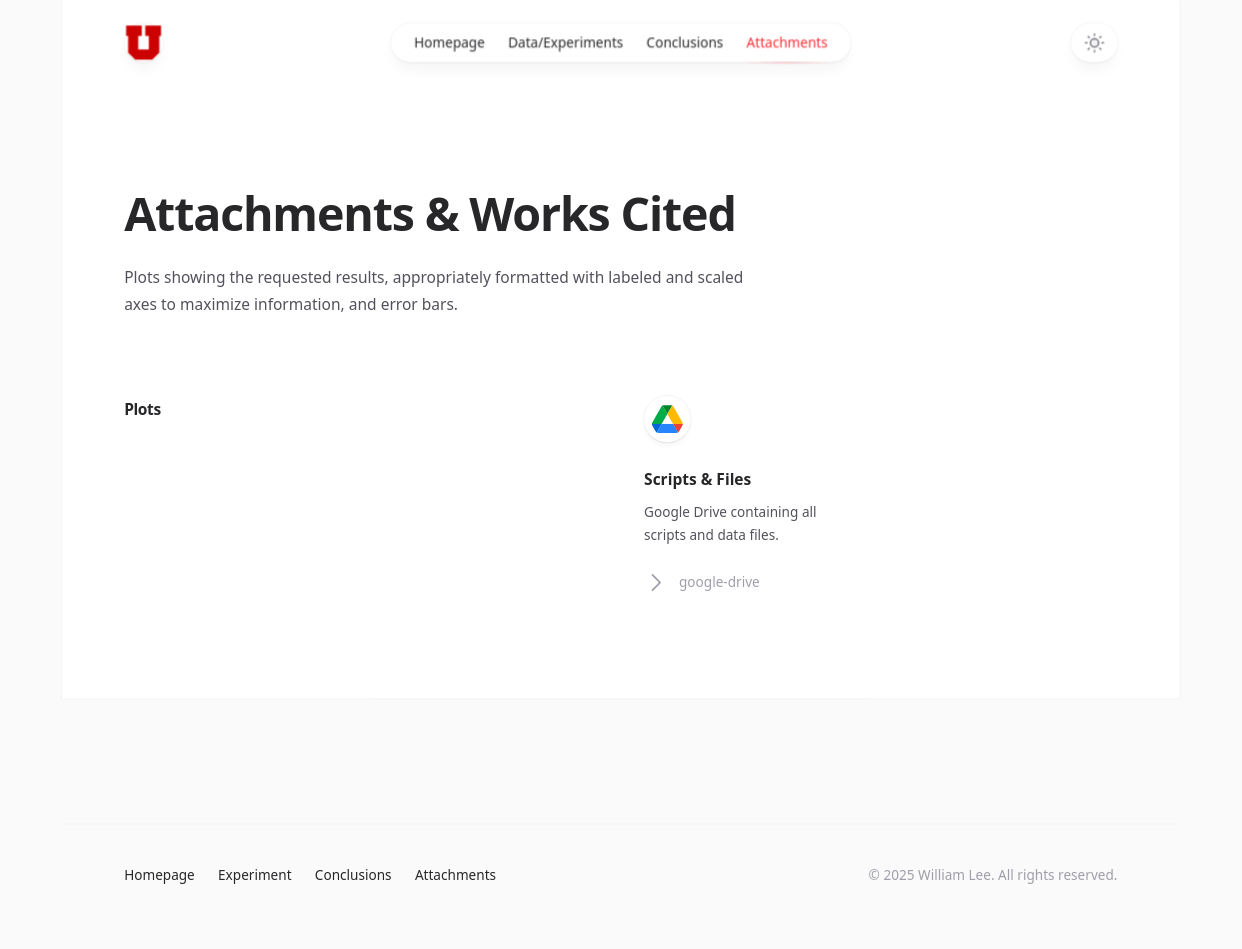
Repository: willwlee/chen3701
Page: /contact
The author's editor kept a copy of each file at every save. The page is drawn from the files as they stood at one save, then again after the next save.
The browser window is 1280 px wide. The pictures show the whole page, at 97% of full size.
The page's requests for data from a server got no answer. The project was rebuilt for these pictures with package versions that can differ from the ones it lists, and the page was loaded fresh each time. The framework's server and built-in components were replaced by stand-ins that run in the browser. No one was signed in, and anything a server would have sent is missing. Also part of the build but not shown: next.config.mjs.

Above is the page before, as saved 2025-08-25 02:44:15.

### src/app/layout.tsx
import { type Metadata } from 'next'

import { Providers } from '@/app/providers'
import { Layout } from '@/components/Layout'

import '@/styles/tailwind.css'

export const metadata: Metadata = {
  title: {
    template: '%s - CH EN 3701',
    default:
      'Mon-8 CH EN 3701',
  },
  description:
    'I’m Sathya Tadinada, a software developer and college student based in Salt Lake City. I’m excited to grow my skills in the tech field and make a positive impact through my work.',
  alternates: {
    types: {
      'application/rss+xml': `${process.env.NEXT_PUBLIC_SITE_URL}/feed.xml`,
    },
  },
}

export default function RootLayout({
  children,
}: {
  children: React.ReactNode
}) {
  return (
    <html lang="en" className="h-full antialiased" suppressHydrationWarning>
      <meta name='theme-color'></meta>
      <body className="flex h-full bg-zinc-50 dark:bg-black">
        <Providers>
          <div className="flex w-full">
            <Layout>{children}</Layout>
          </div>
        </Providers>
      </body>
    </html>
  )
}

### src/app/contact/page.tsx
import { type Metadata } from 'next'
import Image from 'next/image'

import { Card } from '@/components/Card'
import { SimpleLayout } from '@/components/SimpleLayout'

import logoGithub from '@/images/logos/github.svg'
import logoX from '@/images/logos/x.svg'
import logoInstagram from '@/images/logos/instagram.svg'
import logoMastodon from '@/images/logos/mastodon.svg'
import logoMail from '@/images/logos/mail.svg'

import logoDrive from '@/images/logos/drive.svg'

function DashedDivider({ padding }: { padding: number }) {
  if (padding === 0) {
    return (
      <ul className="grid grid-cols-1 sm:grid-cols-1 lg:grid-cols-1">
        <div className="border-dashed border-t border-zinc-100 dark:border-zinc-700/40 mt-8"></div>
      </ul>
    )
  } else if (padding === 4) {
    return (
      <ul className="grid grid-cols-4 sm:grid-cols-4 lg:grid-cols-4">
        <div></div>
        <div className="border-dashed border-t border-zinc-100 dark:border-zinc-700/40 mt-4"></div>
        <div className="border-dashed border-t border-zinc-100 dark:border-zinc-700/40 mt-4"></div>
        <div></div>
      </ul>
    )
  } else if (padding === 6) {
    return (
      <ul className="grid grid-cols-4 sm:grid-cols-4 lg:grid-cols-4">
        <div></div>
        <div className="border-dashed border-t border-zinc-100 dark:border-zinc-700/40 mt-6"></div>
        <div className="border-dashed border-t border-zinc-100 dark:border-zinc-700/40 mt-6"></div>
        <div></div>
      </ul>
    )
  } else if (padding === 8) {
    return (
      <ul className="grid grid-cols-4 sm:grid-cols-4 lg:grid-cols-4">
        <div></div>
        <div className="border-dashed border-t border-zinc-100 dark:border-zinc-700/40 mt-8"></div>
        <div className="border-dashed border-t border-zinc-100 dark:border-zinc-700/40 mt-8"></div>
        <div></div>
      </ul>
    )
  } else {
    return (
      <ul className="grid grid-cols-4 sm:grid-cols-4 lg:grid-cols-4">
        <div></div>
        <div className="border-dashed border-t border-zinc-100 dark:border-zinc-700/40 mt-12"></div>
        <div className="border-dashed border-t border-zinc-100 dark:border-zinc-700/40 mt-12"></div>
        <div></div>
      </ul>
    )
  }
}

function LinkIcon(props: React.ComponentPropsWithoutRef<'svg'>) {
  return (
    <svg viewBox="0 0 24 24" aria-hidden="true" {...props}>
      <path
        d="M15.712 11.823a.75.75 0 1 0 1.06 1.06l-1.06-1.06Zm-4.95 1.768a.75.75 0 0 0 1.06-1.06l-1.06 1.06Zm-2.475-1.414a.75.75 0 1 0-1.06-1.06l1.06 1.06Zm4.95-1.768a.75.75 0 1 0-1.06 1.06l1.06-1.06Zm3.359.53-.884.884 1.06 1.06.885-.883-1.061-1.06Zm-4.95-2.12 1.414-1.415L12 6.344l-1.415 1.413 1.061 1.061Zm0 3.535a2.5 2.5 0 0 1 0-3.536l-1.06-1.06a4 4 0 0 0 0 5.656l1.06-1.06Zm4.95-4.95a2.5 2.5 0 0 1 0 3.535L17.656 12a4 4 0 0 0 0-5.657l-1.06 1.06Zm1.06-1.06a4 4 0 0 0-5.656 0l1.06 1.06a2.5 2.5 0 0 1 3.536 0l1.06-1.06Zm-7.07 7.07.176.177 1.06-1.06-.176-.177-1.06 1.06Zm-3.183-.353.884-.884-1.06-1.06-.884.883 1.06 1.06Zm4.95 2.121-1.414 1.414 1.06 1.06 1.415-1.413-1.06-1.061Zm0-3.536a2.5 2.5 0 0 1 0 3.536l1.06 1.06a4 4 0 0 0 0-5.656l-1.06 1.06Zm-4.95 4.95a2.5 2.5 0 0 1 0-3.535L6.344 12a4 4 0 0 0 0 5.656l1.06-1.06Zm-1.06 1.06a4 4 0 0 0 5.657 0l-1.061-1.06a2.5 2.5 0 0 1-3.535 0l-1.061 1.06Zm7.07-7.07-.176-.177-1.06 1.06.176.178 1.06-1.061Z"
        fill="currentColor"
      />
    </svg>
  )
}

function ChevronRightIcon(props: React.ComponentPropsWithoutRef<'svg'>) {
  return (
    <svg fill="none" viewBox="0 0 24 24" strokeWidth="1.5" stroke="currentColor" {...props}>
      <path
        d="m 7.425 4.05 l 6.75 6.75 l -6.75 6.75"
        strokeLinejoin="round"
        strokeLinecap="round"
      />
    </svg>
  )
}

const googleDrive = [
  {
    name: 'Scripts & Files',
    description:
      'Google Drive containing all scripts and data files.',
    link: { href: 'google.com', label: 'google-drive', hover: 'Visit Drive' },
    logo: logoDrive,
  },
]

const otherProfiles = [
  {
    name: 'GitHub',
    description:
      "I'm an active open-source contributor and developer, check out my projects on GitHub.",
    link: { href: 'https://github.com/SathyaTadinada', label: 'SathyaTadinada', hover: 'Visit GitHub' },
    logo: logoGithub,
  },
  {
    name: 'X',
    description:
      'Follow me here for my latest thoughts and updates, I tend to post here more frequently.',
    link: { href: 'https://x.com/@SathyaTadinada', label: '@SathyaTadinada', hover: 'Visit X' },
    logo: logoX,
  },
  {
    name: 'Instagram',
    description:
      'Check out my profile for pictures of my travels and hobbies.',
    link: { href: 'https://instagram.com/sathya.tadinada/', label: '@sathya.tadinada', hover: 'Visit Instagram' },
    logo: logoInstagram,
  },
  {
    name: 'Mastodon',
    description:
      'I cross-post all my thoughts here, follow for all my latest updates.',
    link: { href: 'https://mastodon.social/@tadinada', label: '@tadinada', hover: 'Visit Mastodon' },
    logo: logoMastodon,
  },
]

export const metadata: Metadata = {
  title: 'Contact',
  description:
    'Let’s stay in touch!',
}

export default function Contact() {
  return (
    <SimpleLayout
      title="Attachments & Works Cited"
      intro="Plots showing the requested results, appropriately formatted with labeled and scaled axes to maximize information, and error bars."
    >
      <div className="space-y-20">
        <ul
          role="list"
          className="grid grid-cols-1 gap-x-12 gap-y-16 sm:grid-cols-2 lg:grid-cols-2"
        >
          <h3 className="text-base font-semibold tracking-tight text-zinc-800 dark:text-zinc-100">
            Plots
          </h3>
          <ul
            role="list"
            className="grid gap-x-12 gap-y-16 sm:grid-cols-1 lg:grid-cols-2"
          >
            {googleDrive.map((contact) => (
              <Card as="li" key={contact.name}>
                <div className="relative z-10 flex h-12 w-12 items-center justify-center rounded-full bg-white shadow-md shadow-zinc-800/5 ring-1 ring-zinc-900/5 dark:border dark:border-zinc-700/50 dark:bg-zinc-800 dark:ring-0">
                  <Image
                    src={contact.logo}
                    alt=""
                    className="h-8 w-8"
                    unoptimized
                  />
                </div>
                <h2 className="mt-6 text-base font-semibold text-zinc-800 dark:text-zinc-100">
                  <Card.Link href={contact.link.href} target='_blank' rel='noreferrer'>{contact.name}</Card.Link>
                </h2>
                <Card.Description>{contact.description}</Card.Description>
                <p className="relative z-10 mt-6 flex text-sm font-medium text-zinc-400 transition group-hover:text-blue-500 dark:text-zinc-200">
                  <ChevronRightIcon className="block group-hover:hidden h-7 w-7 flex-auto" />
                  <LinkIcon className="hidden group-hover:block h-7 w-7 flex-auto" />

                  <span className="block group-hover:hidden ml-2">{contact.link.label}</span>
                  <span className="hidden group-hover:block ml-2">{contact.link.hover}</span>
                </p>
              </Card>
            ))}
          </ul>
        </ul>

        <DashedDivider padding={6} />
      </div>
    </SimpleLayout>
  )
}

### src/app/providers.tsx
'use client'

import { createContext, useEffect, useRef } from 'react'
import { usePathname } from 'next/navigation'
import { ThemeProvider, useTheme } from 'next-themes'

function usePrevious<T>(value: T): T | undefined {
  const ref = useRef<T | undefined>(undefined)

  useEffect(() => {
    ref.current = value
  }, [value])

  return ref.current
}

function ThemeWatcher() {
  let { resolvedTheme, setTheme } = useTheme()

  useEffect(() => {
    let media = window.matchMedia('(prefers-color-scheme: dark)')

    function onMediaChange() {
      let systemTheme = media.matches ? 'dark' : 'light'
      if (resolvedTheme === systemTheme) {
        setTheme('system')
      }
    }

    onMediaChange()
    media.addEventListener('change', onMediaChange)

    return () => {
      media.removeEventListener('change', onMediaChange)
    }
  }, [resolvedTheme, setTheme])

  return null
}

export const AppContext = createContext<{ previousPathname?: string }>({})

export function Providers({ children }: { children: React.ReactNode }) {
  let pathname = usePathname()
  let previousPathname = usePrevious(pathname)

  return (
    <AppContext.Provider value={{ previousPathname }}>
      <ThemeProvider attribute="class" disableTransitionOnChange>
        <ThemeWatcher />
        {children}
      </ThemeProvider>
    </AppContext.Provider>
  )
}

### src/styles/tailwind.css
@config "../../tailwind.config.ts";
@plugin "@tailwindcss/typography";
@import 'tailwindcss';

@layer utilities {
  /* Hide scrollbar but keep scrolling */
  .no-scrollbar {
    -ms-overflow-style: none; /* IE/old Edge */
    scrollbar-width: none; /* Firefox */
  }
  .no-scrollbar::-webkit-scrollbar {
    display: none; /* Chrome/Safari/Opera */
  }
}

html {
  scroll-behavior: smooth;
}

### src/components/Card.tsx
import Link from 'next/link'
import clsx from 'clsx'

function ChevronRightIcon(props: React.ComponentPropsWithoutRef<'svg'>) {
  return (
    <svg viewBox="0 0 16 16" fill="none" aria-hidden="true" {...props}>
      <path
        d="M6.75 5.75 9.25 8l-2.5 2.25"
        strokeWidth="1.5"
        strokeLinecap="round"
        strokeLinejoin="round"
      />
    </svg>
  )
}

export function Card<T extends React.ElementType = 'div'>({
  as,
  className,
  children,
}: Omit<React.ComponentPropsWithoutRef<T>, 'as' | 'className'> & {
  as?: T
  className?: string
}) {
  let Component = as ?? 'div'

  return (
    <Component
      className={clsx(className, 'group relative flex flex-col items-start')}
    >
      {children}
    </Component>
  )
}

Card.Link = function CardLink({
  children,
  ...props
}: React.ComponentPropsWithoutRef<typeof Link>) {
  return (
    <>
      <div className="absolute -inset-x-4 -inset-y-6 z-0 scale-95 bg-zinc-50 opacity-0 transition group-hover:scale-100 group-hover:opacity-100 sm:-inset-x-6 sm:rounded-2xl dark:bg-zinc-800/50" />
      <Link {...props}>
        <span className="absolute -inset-x-4 -inset-y-6 z-20 sm:-inset-x-6 sm:rounded-2xl" />
        <span className="relative z-10">{children}</span>
      </Link>
    </>
  )
}

Card.Title = function CardTitle<T extends React.ElementType = 'h2'>({
  as,
  href,
  children,
}: Omit<React.ComponentPropsWithoutRef<T>, 'as' | 'href'> & {
  as?: T
  href?: string
}) {
  const Component = as ?? 'h2'
  return (
    <Component
      className="
        m-0 text-base font-semibold tracking-tight text-zinc-800 dark:text-zinc-100
        [&>a]:no-underline [&>a]:text-inherit
      "
    >
      {href ? <Card.Link href={href}>{children}</Card.Link> : children}
    </Component>
  )
}

Card.Description = function CardDescription({
  children,
}: {
  children: React.ReactNode
}) {
  return (
    <p className="relative z-10 mt-2 text-sm text-zinc-600 dark:text-zinc-400">
      {children}
    </p>
  )
}

Card.Cta = function CardCta({ children }: { children: React.ReactNode }) {
  return (
    <div
      aria-hidden="true"
      className="relative z-10 mt-4 flex items-center text-sm font-medium text-blue-500"
    >
      {children}
      <ChevronRightIcon className="ml-1 h-4 w-4 stroke-current" />
    </div>
  )
}

Card.Eyebrow = function CardEyebrow<T extends React.ElementType = 'p'>({
  as,
  decorate = false,
  className,
  children,
  ...props
}: Omit<React.ComponentPropsWithoutRef<T>, 'as' | 'decorate'> & {
  as?: T
  decorate?: boolean
}) {
  let Component = as ?? 'p'

  return (
    <Component
      className={clsx(
        className,
        'relative z-10 order-first mb-3 flex items-center text-sm text-zinc-400 dark:text-zinc-500',
        decorate && 'pl-3.5',
      )}
      {...props}
    >
      {decorate && (
        <span
          className="absolute inset-y-0 left-0 flex items-center"
          aria-hidden="true"
        >
          <span className="h-4 w-0.5 rounded-full bg-zinc-200 dark:bg-zinc-500" />
        </span>
      )}
      {children}
    </Component>
  )
}

### src/components/SimpleLayout.tsx
import { Container } from '@/components/Container'

export function SimpleLayout({
  title,
  intro,
  children,
  gapClass = 'mt-16 sm:mt-20',
}: {
  title: string
  intro: string
  children?: React.ReactNode
  gapClass?: string
}) {
  return (
    <Container className="mt-16 sm:mt-32">
      <header className="max-w-2xl">
        <h1 className="text-4xl font-bold tracking-tight text-zinc-800 sm:text-5xl dark:text-zinc-100">
          {title}
        </h1>
        <p className="mt-6 text-base text-zinc-600 dark:text-zinc-400">
          {intro}
        </p>
      </header>
      {children && <div className={gapClass}>{children}</div>}
    </Container>
  )
}

### src/components/Footer.tsx
import Link from 'next/link'

import { ContainerInner, ContainerOuter } from '@/components/Container'

function NavLink({
  href,
  children,
}: {
  href: string
  children: React.ReactNode
}) {
  return (
    <Link
      href={href}
      className="transition hover:text-blue-500 dark:hover:text-blue-400"
    >
      {children}
    </Link>
  )
}

export function Footer() {
  return (
    <footer className="mt-32 flex-none">
      <ContainerOuter>
        <div className="border-t border-zinc-100 pb-16 pt-10 dark:border-zinc-700/40">
          <ContainerInner>
            <div className="flex flex-col items-center justify-between gap-6 sm:flex-row">
              <div className="flex flex-wrap justify-center gap-x-6 gap-y-1 text-sm font-medium text-zinc-800 dark:text-zinc-200">
                <NavLink href="/about">Homepage</NavLink>
                <NavLink href="/projects">Experiment</NavLink>
                {/* <NavLink href="/speaking">Research</NavLink> */}
                <NavLink href="/blog">Conclusions</NavLink>
                <NavLink href="/contact">Attachments</NavLink>
              </div>
              <p className="text-sm text-zinc-400 dark:text-zinc-500">
                <a href="mailto:sathya@tadinada.com" target='_blank' rel='noreferrer'>&copy; {new Date().getFullYear()} William Lee. All rights reserved.</a>
              </p>
            </div>
          </ContainerInner>
        </div>
      </ContainerOuter>
    </footer>
  )
}

### src/components/Container.tsx
import { forwardRef } from 'react'
import clsx from 'clsx'

export const ContainerOuter = forwardRef<
  React.ElementRef<'div'>,
  React.ComponentPropsWithoutRef<'div'>
>(function OuterContainer({ className, children, ...props }, ref) {
  return (
    <div ref={ref} className={clsx('sm:px-8', className)} {...props}>
      <div className="mx-auto w-full max-w-7xl lg:px-8">{children}</div>
    </div>
  )
})

export const ContainerInner = forwardRef<
  React.ElementRef<'div'>,
  React.ComponentPropsWithoutRef<'div'>
>(function InnerContainer({ className, children, ...props }, ref) {
  return (
    <div
      ref={ref}
      className={clsx('relative px-4 sm:px-8 lg:px-12', className)}
      {...props}
    >
      <div className="mx-auto max-w-2xl lg:max-w-5xl">{children}</div>
    </div>
  )
})

export const Container = forwardRef<
  React.ElementRef<typeof ContainerOuter>,
  React.ComponentPropsWithoutRef<typeof ContainerOuter>
>(function Container({ children, ...props }, ref) {
  return (
    <ContainerOuter ref={ref} {...props}>
      <ContainerInner>{children}</ContainerInner>
    </ContainerOuter>
  )
})

Loaded but not shown: src/components/Layout.tsx (common file); src/components/Header.tsx (473 lines, source omitted); tailwind.config.ts (194 lines, source omitted)

After the next save:
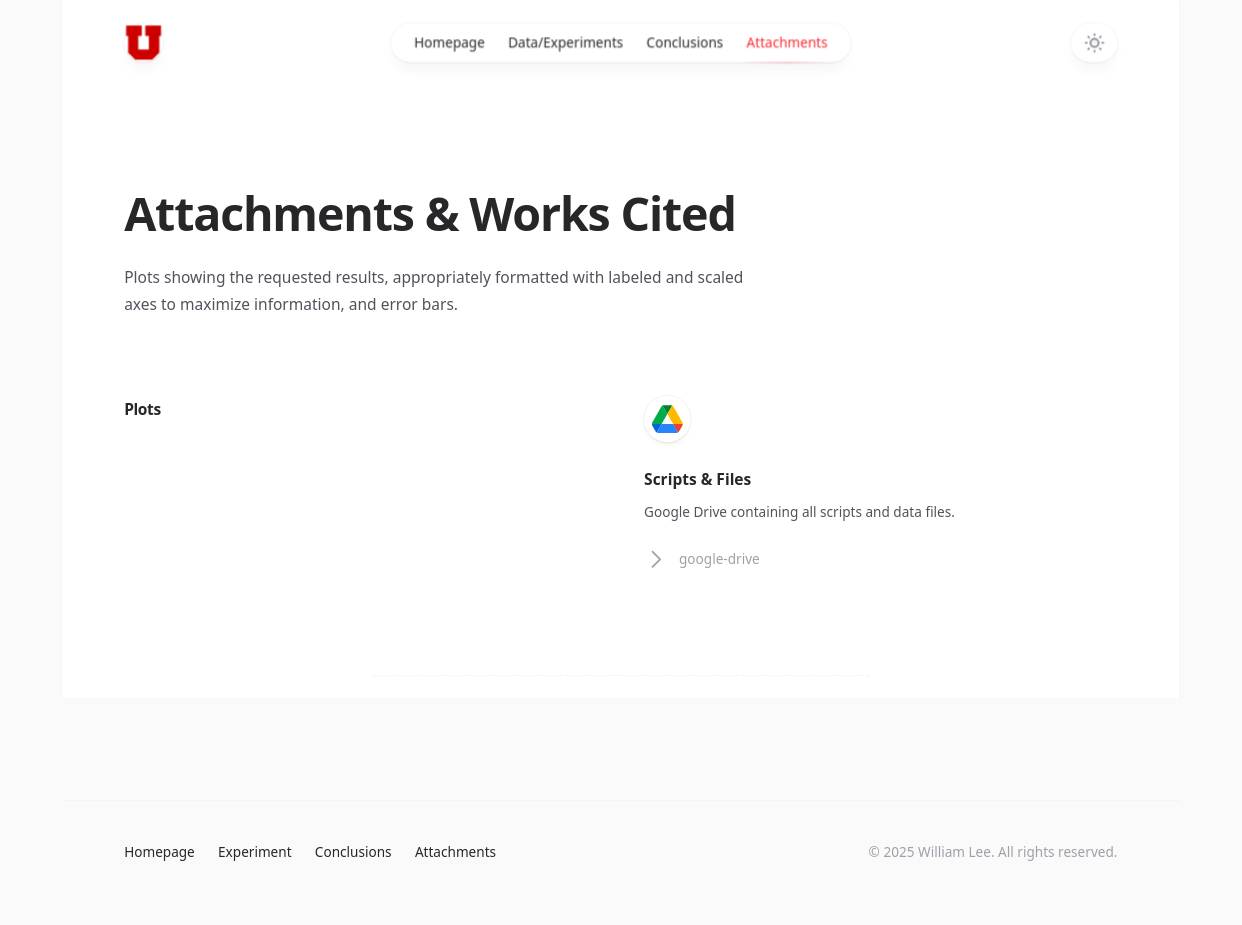
Saved 7 s later.
--- a/src/app/contact/page.tsx
+++ b/src/app/contact/page.tsx
@@ -144,7 +144,7 @@ export default function Contact() {
           </h3>
           <ul
             role="list"
-            className="grid gap-x-12 gap-y-16 sm:grid-cols-1 lg:grid-cols-2"
+            className="grid gap-x-12 gap-y-16"
           >
             {googleDrive.map((contact) => (
               <Card as="li" key={contact.name}>
